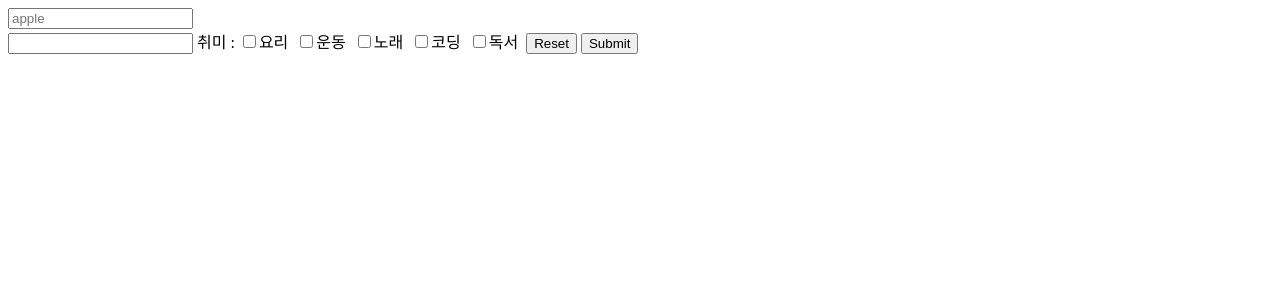
Repository: jungreul97/jsp_pracitce
Page: http://localhost/JSPBasic/JspObject/1.requests/req_param_send.jsp
An editor plug-in stored every save of this project. The page is shown before and after the next save, followed by the edit.
The browser window is 1280 px wide. The pictures show the whole page.
The page is served by Tomcat 9.

Above is the page before, as saved 2022-02-03 06:31:36.

After the next save:
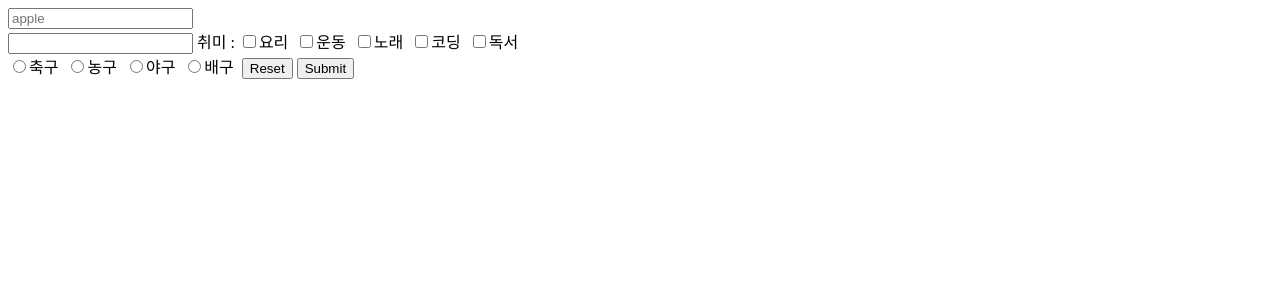
Saved 3 min 36 s later.
--- a/JSPBasic/src/main/webapp/JspObject/1.requests/req_param_send.jsp
+++ b/JSPBasic/src/main/webapp/JspObject/1.requests/req_param_send.jsp
@@ -23,7 +23,12 @@
 		<input type = "checkbox" name = "hobby" value="독서">운동&nbsp;
 		<input type = "checkbox" name = "hobby" value="운동">노래&nbsp;
 		<input type = "checkbox" name = "hobby" value="맛집탐방">코딩&nbsp;
-		<input type = "checkbox" name = "hobby" value="여행">독서&nbsp;
+		<input type = "checkbox" name = "hobby" value="여행">독서&nbsp;<br/>
+
+		<input type = "radio" name = "sports" value = "축구">축구&nbsp;
+		<input type = "radio" name = "sports" value = "농구">농구&nbsp;
+		<input type = "radio" name = "sports" value = "야구">야구&nbsp;
+		<input type = "radio" name = "sports" value = "배구">배구&nbsp;
 
 		<input type = "reset">
 		<input type = "submit">
